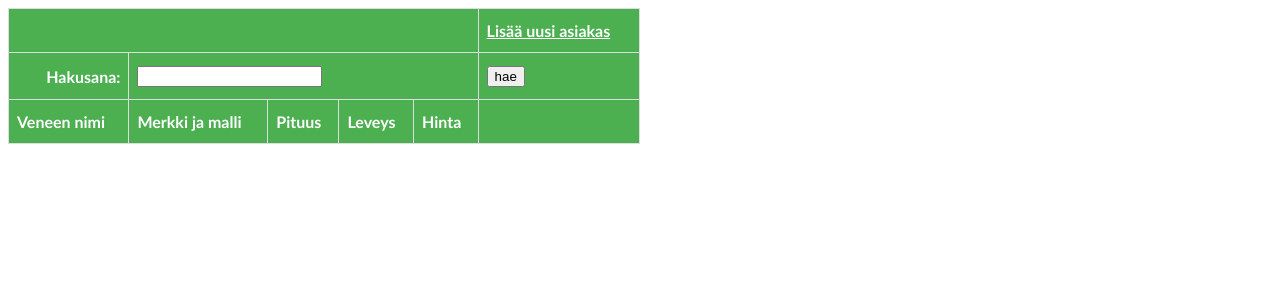
Repository: Muutostehdas/Tentti
Page: http://localhost/Venekanta/listaaveneet.jsp
An editor plug-in stored every save of this project. The page is shown before and after the next save, followed by the edit.
The browser window is 1280 px wide. The pictures show the whole page.
The page is served by Tomcat 9.

Above is the page before, as saved 2021-05-18 17:52:17.
Console error: ReferenceError: $ is not defined

After the next save:
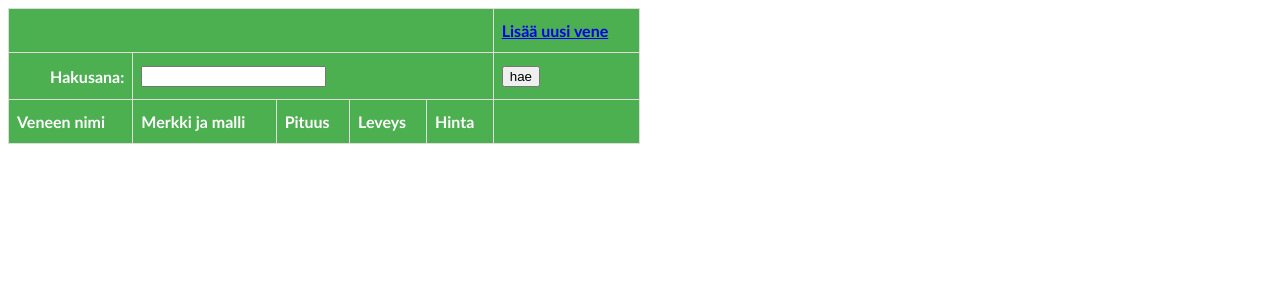
Saved 70 s later.
--- a/Venekanta/WebContent/listaaveneet.jsp
+++ b/Venekanta/WebContent/listaaveneet.jsp
@@ -18,8 +18,8 @@
 		<thead>
 			<tr>
 				<th colspan="5" id="ilmo"></th>
-				<th><a id="uusiAsiakas" href="lisaavene.jsp">Lisää uusi
-						asiakas</a></th>
+				<th><a id="uusiVene" href="lisaavene.jsp">Lisää uusi
+						vene</a></th>
 			</tr>
 			<tr>
 				<th class="oikealle">Hakusana:</th>
